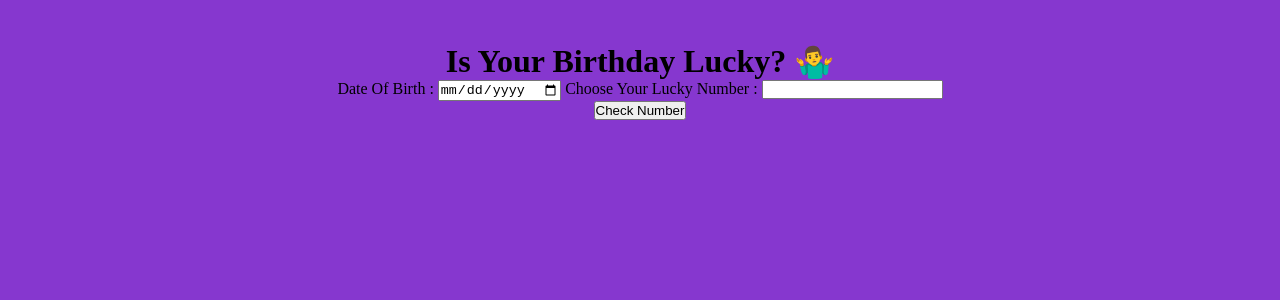
Repository: patelamancode/Lucky-Birthday-App
Page: index.html
These files come from the project's save history. The page is drawn as it stood at one moment and after the next save; the edit follows.
The browser window is 1280 px wide. The pictures show the whole page.

Above is the page before, as saved 2022-11-21 16:51:13.

### index.html
<!DOCTYPE html>
<html lang="en">
<head>
    <meta charset="UTF-8">
    <meta http-equiv="X-UA-Compatible" content="IE=edge">
    <meta name="viewport" content="width=device-width, initial-scale=1.0">
    <link rel="stylesheet" href="index.css">
    <title>Is your birthday lucky</title>
</head>
<body>
    <div id="main-container">
        <h1 class="app-title">Is Your Birthday Lucky? 🤷‍♂️</h1>
        <div class="content">
        <label for="date-of-birth" class="dob">Date Of Birth :</label>
        <input type="date" class="selected-dob">
        <label for="lucky-number" class="favourite-number">Choose Your Lucky Number :</label>
        <input type="number" class="user-number">
        <button id="check-btn">Check Number</button>
        </div>
    </div>

</body>
</html>

### index.css
*{
    margin: 0;
    padding: 0;
}
 body{
    background-color: rgb(134, 55, 207);
 }

 #main-container{
    display: flex;
    flex-direction: column;
    width: 50vw;
    margin: auto;
    margin-top: 2rem;
    padding: 10px;
    text-align: center;
 }

After the next save:
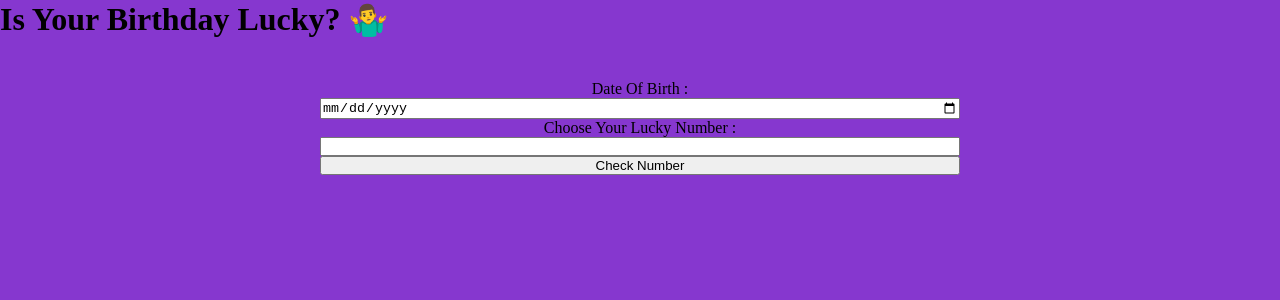
Saved 35 s later.
--- a/index.css
+++ b/index.css
@@ -6,7 +6,7 @@
     background-color: rgb(134, 55, 207);
  }
 
- #main-container{
+ #main-container .content{
     display: flex;
     flex-direction: column;
     width: 50vw;
@@ -15,3 +15,6 @@
     padding: 10px;
     text-align: center;
  }
+ .content{
+
+ }

After the save that followed:
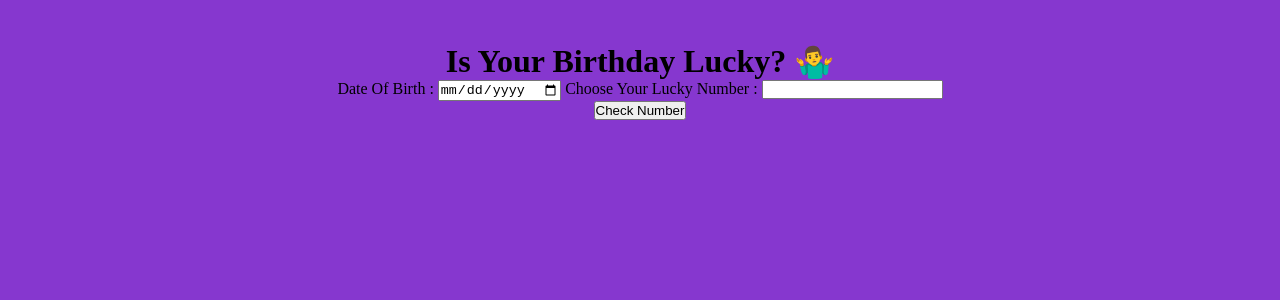
Saved 21 s later.
--- a/index.css
+++ b/index.css
@@ -6,7 +6,7 @@
     background-color: rgb(134, 55, 207);
  }
 
- #main-container .content{
+ #main-container {
     display: flex;
     flex-direction: column;
     width: 50vw;
